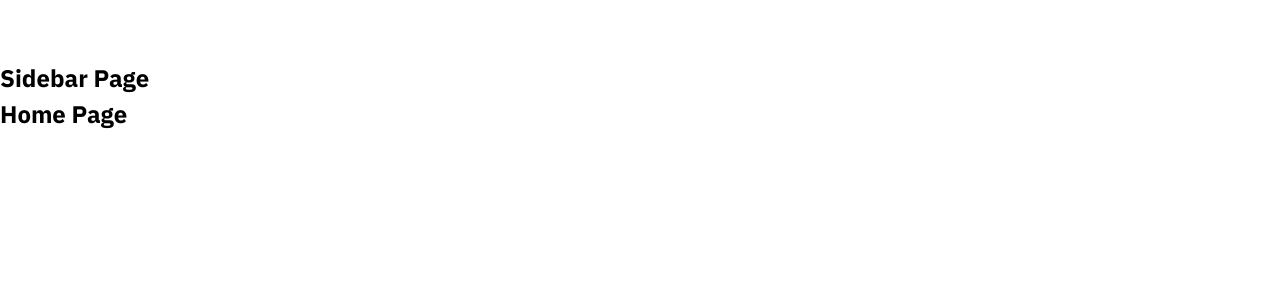
Repository: khuong30082000/tiktok-ui
Page: /
An editor plug-in stored every save of this project. The page is shown before and after the next save, followed by the edit.
The browser window is 1280 px wide. The pictures show the whole page.
The project was rebuilt for these pictures with package versions that can differ from the ones it lists, and the page was loaded fresh each time. Also part of the build but not shown: src/components/Layout/HeaderOnly/index.js, src/pages/Following/index.js, src/pages/Profile/index.js, src/pages/Upload/index.js.

Above is the page before, as saved 2022-06-13 13:19:06.

### src/index.js
import React from 'react';
import ReactDOM from 'react-dom/client';
import App from './App';
import reportWebVitals from './reportWebVitals';
import GlobalStyles from '~/components/GlobalStyles';

const root = ReactDOM.createRoot(document.getElementById('root'));
root.render(
  <React.StrictMode>
    <GlobalStyles>
      <App />
    </GlobalStyles>
  </React.StrictMode>
);

// If you want to start measuring performance in your app, pass a function
// to log results (for example: reportWebVitals(console.log))
// or send to an analytics endpoint. Learn more: https://bit.ly/CRA-vitals
reportWebVitals();

### src/App.js
import { Fragment } from 'react';
import { BrowserRouter as Router, Routes, Route } from 'react-router-dom';
import { publicRoutes } from '~/routes';
import { DefaultLayout } from '~/components/Layout';

function App() {
  return (
    <Router>
      <div className="App">
        <Routes>
          {publicRoutes.map((route, index) => {
            let Layout = DefaultLayout;
            if (route.layout) {
              Layout = route.layout;
            } else if (route.layout === null) {
              Layout = Fragment;
            }

            const Page = route.component;
            return (
              <Route
                key={index}
                path={route.path}
                element={
                  <Layout>
                    <Page />
                  </Layout>
                }
              />
            );
          })}
        </Routes>
      </div>
    </Router>
  );
}

export default App;

### src/routes/index.js
import { HeaderOnly } from '~/components/Layout';

//pages
import Home from '~/pages/Home';
import Following from '~/pages/Following';
import Profile from '~/pages/Profile';
import Upload from '~/pages/Upload';

//Public routes
const publicRoutes = [
  { path: '/', component: Home },
  { path: '/following', component: Following },
  { path: '/profile', component: Profile },
  { path: '/upload', component: Upload, layout: HeaderOnly },
];
const privateRoutes = [];

export { publicRoutes, privateRoutes };

### src/components/GlobalStyles/GlobalStyles.scss
@import 'normalize.css';
@import url('https://fonts.googleapis.com/css2?family=IBM+Plex+Sans:wght@300;400;500;600;700&display=swap');

:root {
  --primary: #fe2c55;
}
* {
  box-sizing: border-box;
  margin: 0;
  padding: 0;
}

html {
  font-size: 62.5%;
}

body {
  font-family: 'IBM Plex Sans', sans-serif;
  font-size: 1.6rem;
  line-height: 1.5;
  text-rendering: optimizeSpeed;
}

### src/components/Layout/DefaultLayout/index.js
import Header from '~/components/Layout/components/Header';
import Sidebar from './Sidebar';

function DefaultLayout({ children }) {
  return (
    <div>
      <Header />
      <div className="container">
        <Sidebar />
        <div className="content">{children}</div>
      </div>
    </div>
  );
}

export default DefaultLayout;

### src/components/Layout/components/Header/index.js
import styles from './Header.module.scss';
import classNames from 'classnames/bind';

const cx = classNames.bind(styles);
function Header() {
  return <header className={cx('wrapper')}></header>;
}

export default Header;

### src/components/Layout/DefaultLayout/Sidebar/index.js
function Sidebar() {
  return <h2>Sidebar Page</h2>;
}

export default Sidebar;

### src/components/Layout/components/Header/Header.module.scss
.wrapper {
  height: 6rem;
}

Loaded but not shown: public/index.html (common file); src/reportWebVitals.js (common file); src/components/GlobalStyles/index.js (common file); src/components/Layout/index.js (common file); src/pages/Home/index.js (common file)

After the next save:
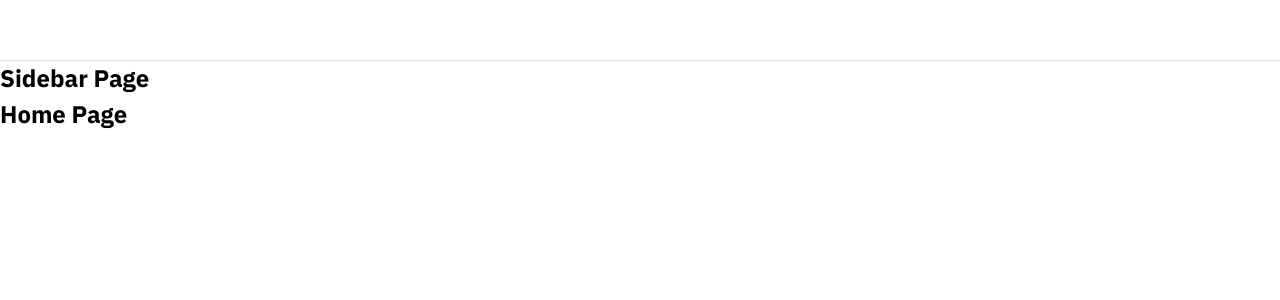
Saved 47 s later.
--- a/src/components/Layout/components/Header/Header.module.scss
+++ b/src/components/Layout/components/Header/Header.module.scss
@@ -1,3 +1,4 @@
 .wrapper {
   height: 6rem;
+  box-shadow: 0px 1px 1px rgb(0 0 0 / 12%);
 }
